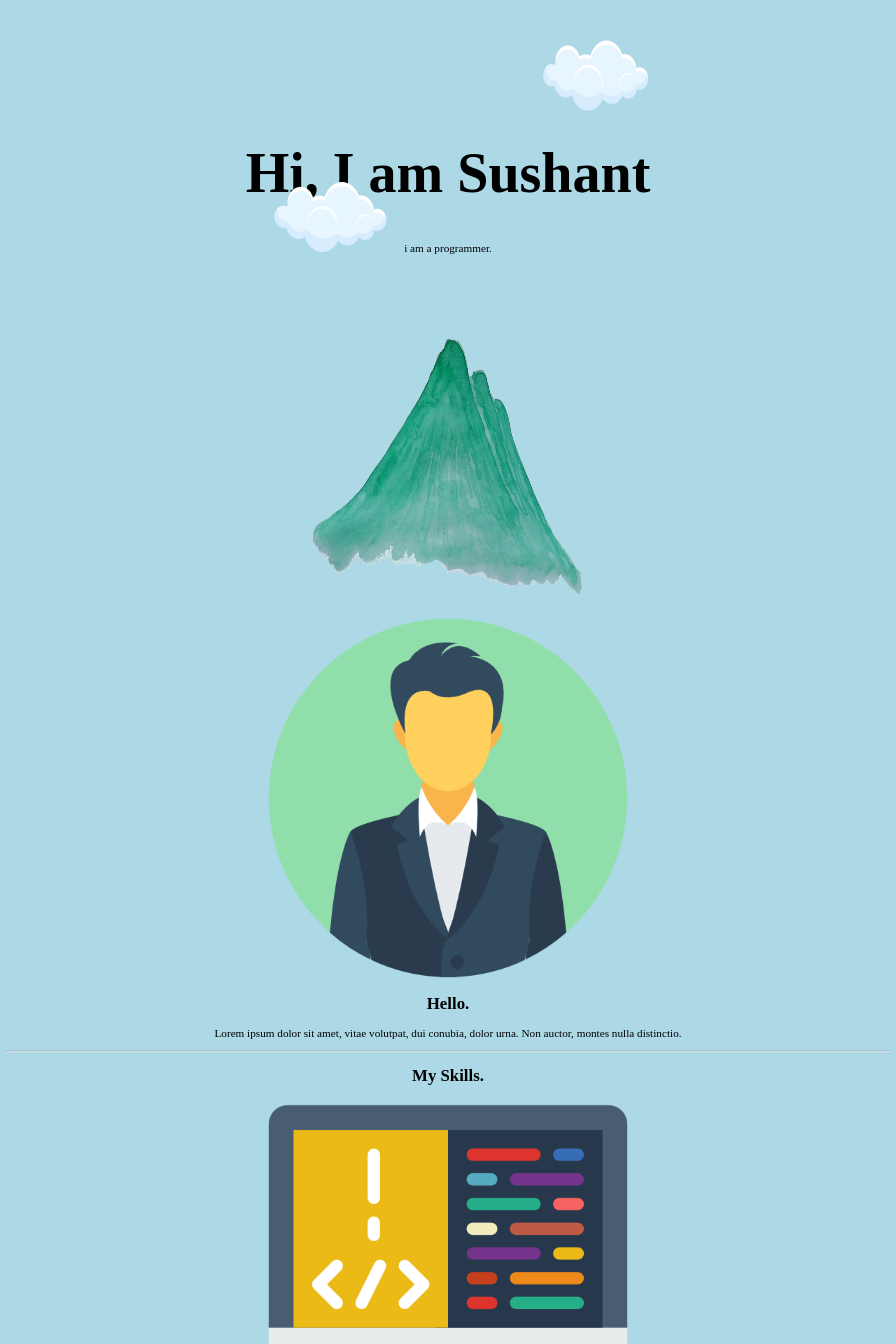
Repository: Sushant203/myPersonalSite
Page: index.html
An editor plug-in stored every save of this project. The page is shown before and after the next save, followed by the edit.
The browser window is 1280 px wide. The pictures show the part of the page from y = 0 to 1920 px (the page is 3018 px tall before and 3035 px after), at 70% of full size.

Above is the page before, as saved 2022-12-09 19:13:10.

### index.html
<!DOCTYPE html>
<html lang="en">

<head>
    <meta charset="UTF-8">
    <meta http-equiv="X-UA-Compatible" content="IE=edge">
    <meta name="viewport" content="width=device-width, initial-scale=1.0">
    <title>Document</title>
    <link rel="stylesheet" href="\css\style.css">
    <link rel="favicon" href="favicon.ico">
</head>

<body>
    <div class="container">
        <div>
            <img class="top-cloud" src="cloud.png" alt="upper-cloud">
        </div>
        <div class="header-text">
            <h1>Hi, I am Sushant</h1>
            <p>i am a programmer.</p>
        </div>
        <div>
            <img class="bottom-cloud" src="cloud.png" alt="lower cloud">
            <img class="mountain-image" src="mountain-1.png" alt="mountain img">
        </div>
        <!-- middle and end parts -->
        <div class="middle-container">
            <!-- profile section -->
            <div class="profile">
              <img src="profile.png" alt="profile picture">
              <h2>Hello.</h2>
              <p>Lorem ipsum dolor sit amet, vitae volutpat, dui conubia, dolor urna. Non auctor, montes nulla distinctio.</p>
            </div>
            <hr>
            <!-- skill section -->
            <div class="skills">
              <h2>My Skills.</h2>
              <div class="skill-row">
                <img class="" src="skill1.png" alt="coding">
                <h3>Frontend Programmer</h3>
                <p>Lorem ipsum dolor sit amet, quis in duis, iaculis id felis. Consectetuer vestibulum, nunc urna lectus, erat ligula. Hendrerit nam, lectus ante, ut lorem eros.</p>
              </div>
              <div class="skill-row">
                <img class="" src="skill2.png" alt="programmer">
                <h3>Web Designer</h3>
                <p>Lorem ipsum dolor sit amet, mauris sed consectetuer. Etiam et eu, bibendum interdum, lacus quis mauris. Curabitur wisi, quisque vel eu, rutrum nam.</p>
              </div>
            </div>
            <hr>
            <!-- contact section -->
            <div class="contact-me">
              <h2>Get In Touch</h2>
              <h3>Lorem ipsum dolor sit amet, non elit.</h3>
              <p>Lorem ipsum dolor sit amet, in quis, aenean amet. Phasellus sodales, tellus donec dui, ornare erat.</p>
              <a class="btn" href="mailto:clashofgames229@gmail.com">CONTACT ME</a>
            </div>
          </div>

          <!-- bottom section -->
          <div class="bottom-container">
            <a class="footer-link" href="https://www.facebook.com/">Facebook</a>
            <a class="footer-link" href="https://www.instagram.com/">Instagram</a>
            <a class="footer-link" href="https://www.appbrewery.co/">Website</a>
            <p>© Sushant Shrestha</p>
          </div>

    </div>


</body>

</html>

### css/style.css
body{
    background-color: lightblue;

    }

.container{
    margin:  0;
    position: relative;
    text-align: center;
    padding-top: 70px;

}

.top-cloud{
    height: 100px;
    width: 150px;
    position: absolute;
    top: 7vh;
   left: 60vw;
}

.header-text{
display: inline-block;
/* position: absolute; */
margin: 70px;
}

.header-text h1{
    font-size: 5rem;
}

.bottom-cloud{
    height: 100px;
    width: 160px;
    position: absolute;
    top: 35vh;
    left: 30vw;
}

.mountain-image{

    height: 430px;
    width: 400px;
}

After the next save:
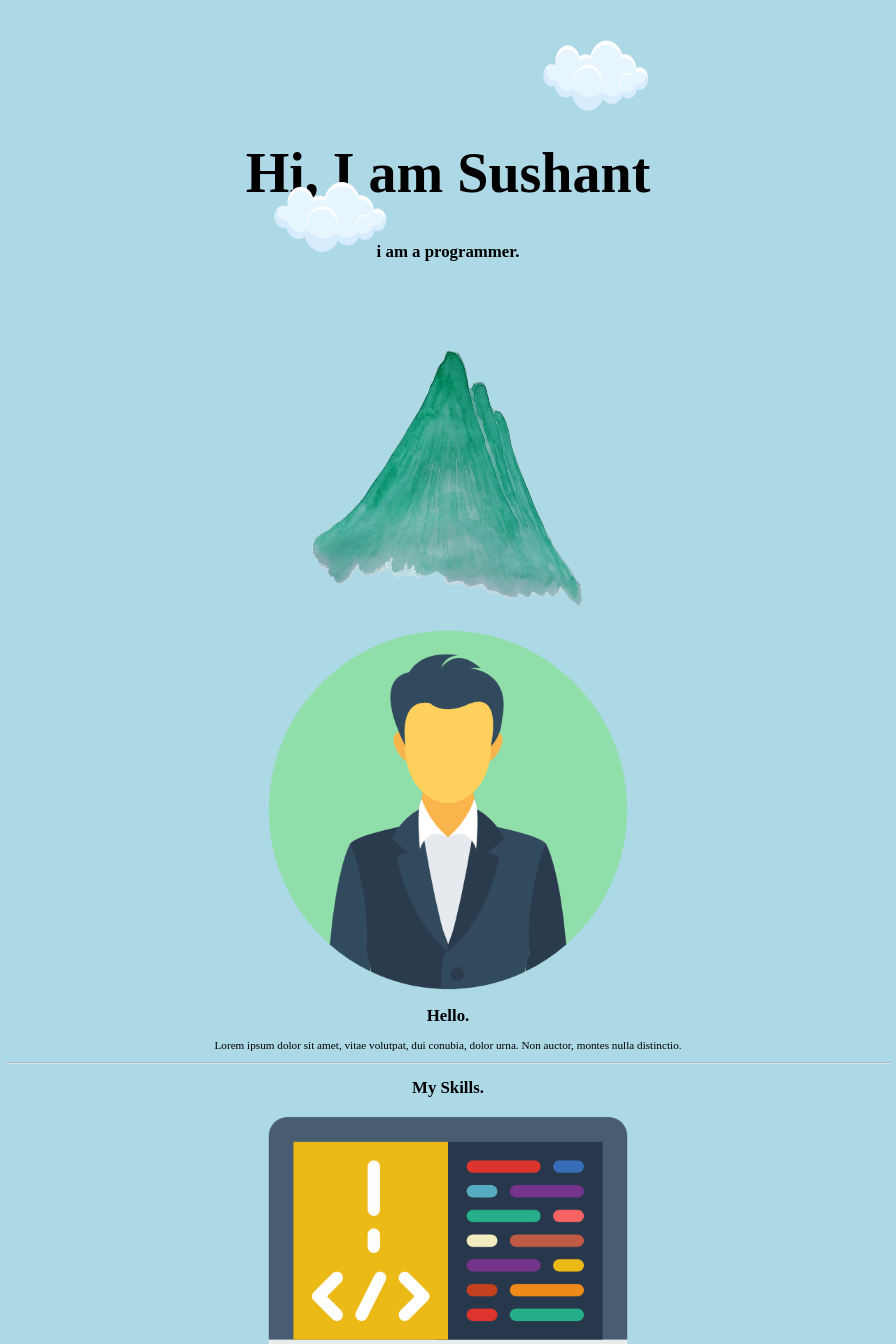
Saved 38 s later.
--- a/index.html
+++ b/index.html
@@ -17,7 +17,7 @@
         </div>
         <div class="header-text">
             <h1>Hi, I am Sushant</h1>
-            <p>i am a programmer.</p>
+            <h2>i am a programmer.</p>
         </div>
         <div>
             <img class="bottom-cloud" src="cloud.png" alt="lower cloud">
